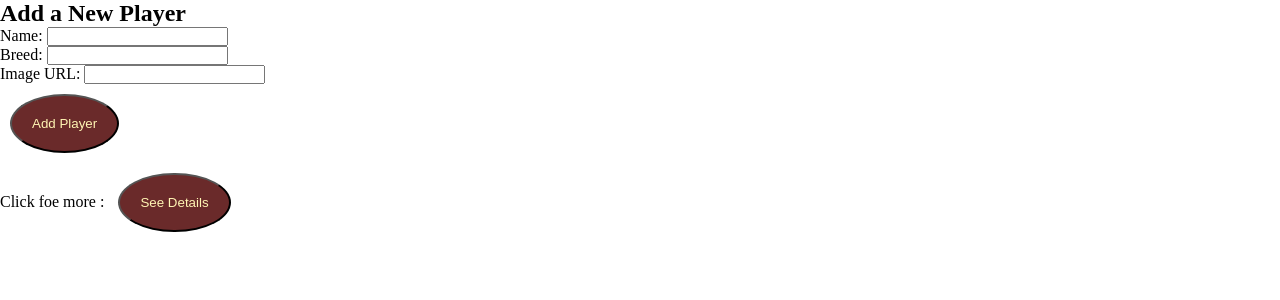
Repository: StaceyS27/puppybowl
Page: index.html
An editor plug-in stored every save of this project. The page is shown before and after the next save, followed by the edit.
The browser window is 1280 px wide. The pictures show the whole page.
The page's requests for data from a server got no answer.

Above is the page before, as saved 2023-09-03 13:50:23.

After the next save:
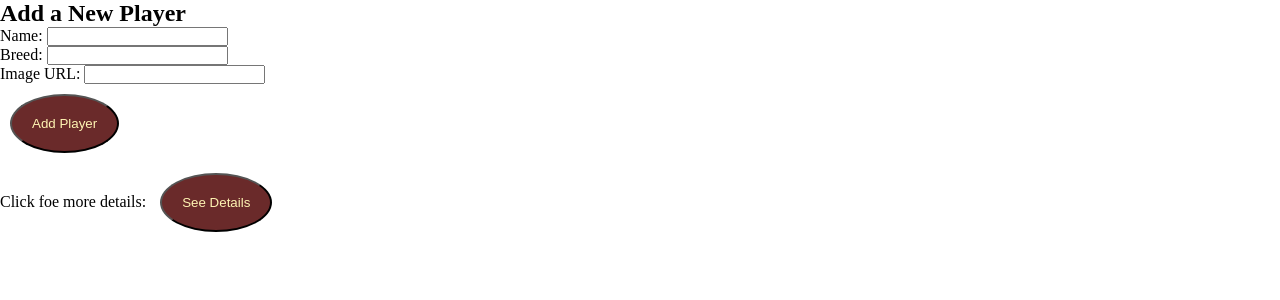
Saved 4 s later.
--- a/index.html
+++ b/index.html
@@ -19,7 +19,7 @@
     <button type="submit">Add Player</button>
     <main></main>
     <form id="See Details"></form>
-    <label for="See Details">Click foe more :</label>
+    <label for="See Details">Click foe more details:</label>
     <button type="See details">See Details</button>
     <script src="./script.js"></script>
   </body>
